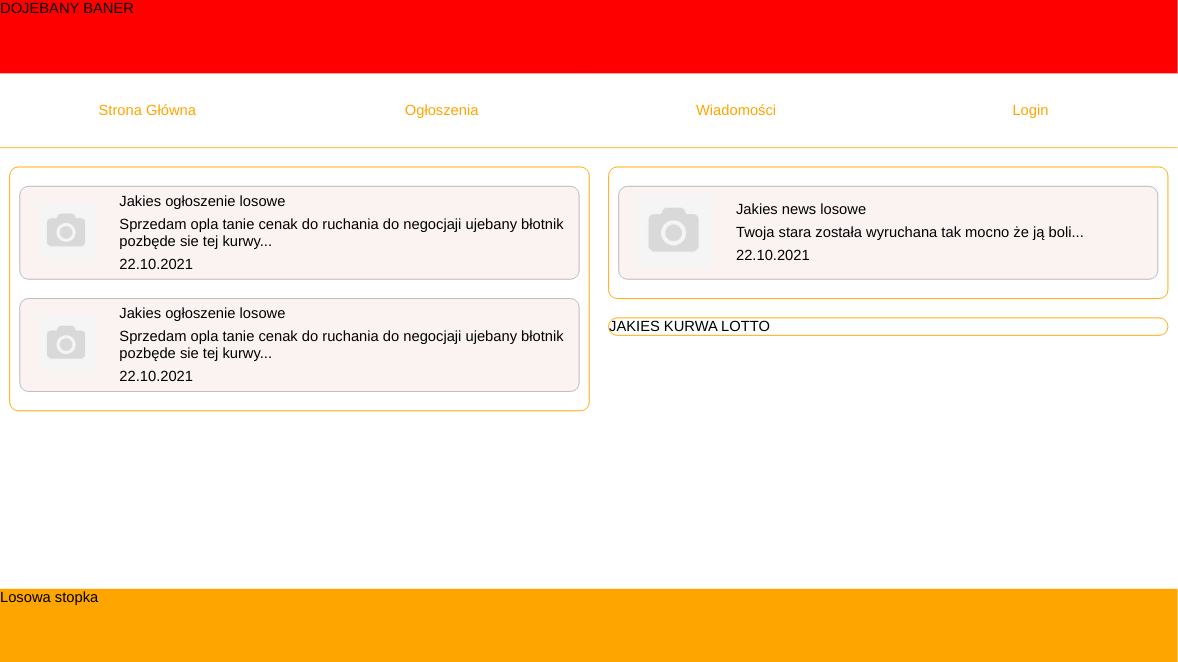
Repository: PatrykStawik/projectppz
Page: /
These files come from the project's save history. The page is drawn as it stood at one moment and after the next save; the edit follows.
The browser window is 1280 px wide. The pictures show the whole page, at 92% of full size.
The project was rebuilt for these pictures with package versions that can differ from the ones it lists, and the page was loaded fresh each time. The framework's server and built-in components were replaced by stand-ins that run in the browser.

Above is the page before, as saved 2021-05-22 14:16:05.

After the next save:
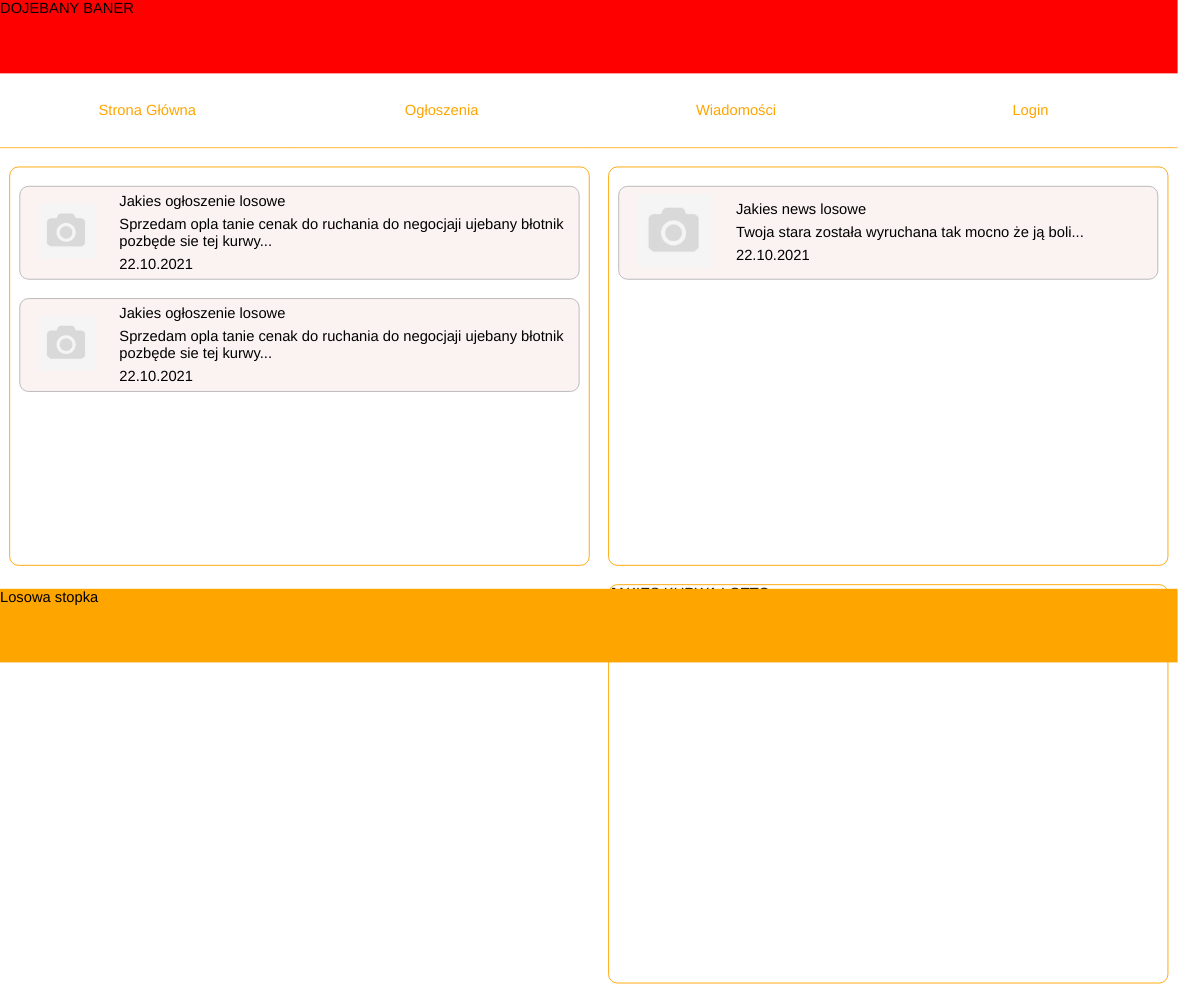
Saved 64 min 24 s later.
--- a/components/IndexPage/IndexPage.tsx
+++ b/components/IndexPage/IndexPage.tsx
@@ -13,6 +13,7 @@ const Wrapper = styled.div`
     border: 1px solid ${colors.orange};
     border-radius: 10px;
     margin: 20px 10px;
+    height: 60vh;
   }
   .c{
     flex: 1;
